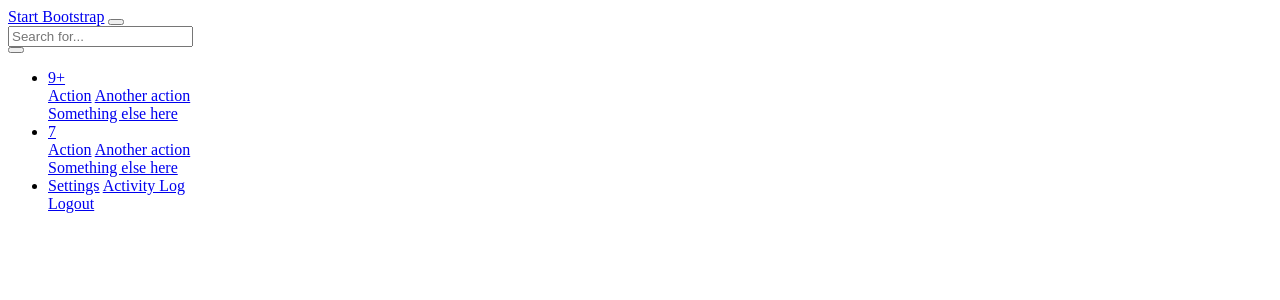
Repository: Nguyenm29/spring-mvc
Page: http://localhost/spring-mvc/common/admin/header.jsp
An editor plug-in stored every save of this project. The page is shown before and after the next save, followed by the edit.
The browser window is 1280 px wide. The pictures show the whole page.
The page is served by Tomcat 9. Nobody is signed in. The application's start-up code is not run.

Above is the page before, as saved 2021-05-14 09:33:07.

After the next save:
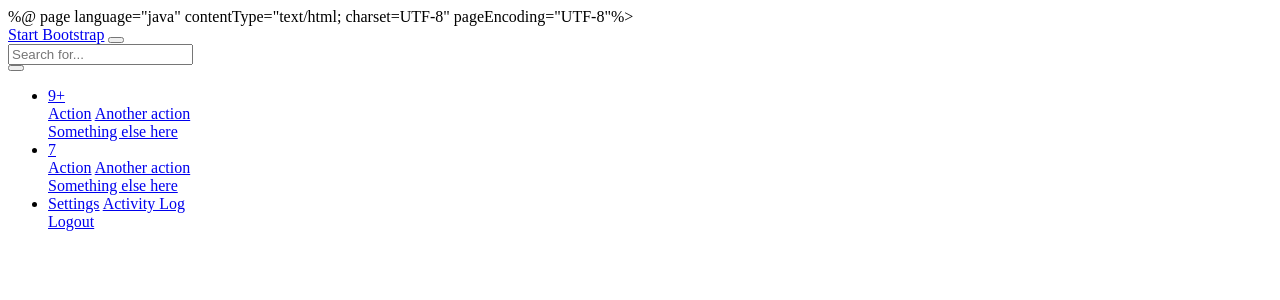
Saved 17 s later.
--- a/spring-mvc/src/main/webapp/common/admin/header.jsp
+++ b/spring-mvc/src/main/webapp/common/admin/header.jsp
@@ -1,4 +1,5 @@
-<%@ page language="java" contentType="text/html; charset=UTF-8"
+
+%@ page language="java" contentType="text/html; charset=UTF-8"
 	pageEncoding="UTF-8"%>
 
 <nav class="navbar navbar-expand navbar-dark bg-dark static-top">
